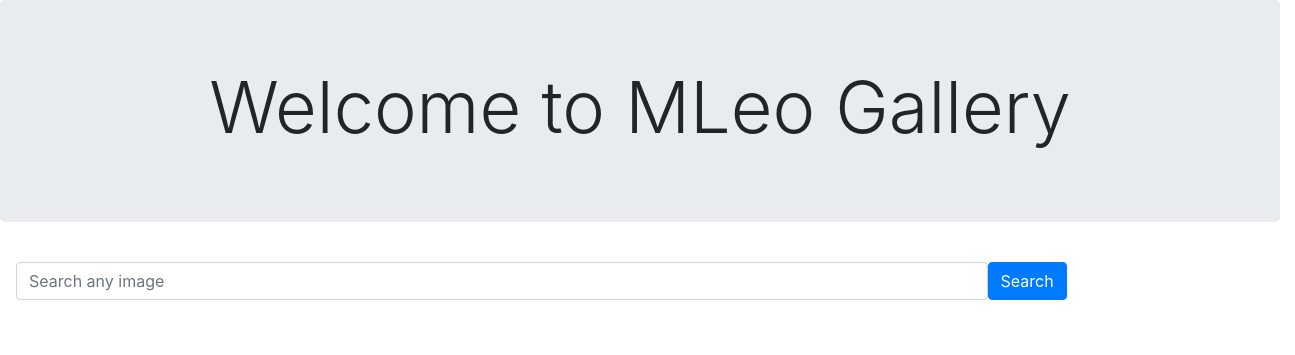
Repository: the-manohar/gallery
Page: /
An editor plug-in stored every save of this project. The page is shown before and after the next save, followed by the edit.
The browser window is 1280 px wide. The page is 1295 px wide, so the pictures cover 1295 px, including what lies to the right of the window. The pictures show the whole page.
The project was rebuilt for these pictures with package versions that can differ from the ones it lists, and the page was loaded fresh each time.

Above is the page before, as saved 2020-06-18 23:47:35.

### src/index.js
import React from "react";
import ReactDOM from "react-dom";
import "./index.css";
import "bootstrap/dist/css/bootstrap.css";
import App from "./App";
import * as serviceWorker from "./serviceWorker";

ReactDOM.render(
  <React.StrictMode>
    <App />
  </React.StrictMode>,
  document.getElementById("root")
);

// If you want your app to work offline and load faster, you can change
// unregister() to register() below. Note this comes with some pitfalls.
// Learn more about service workers: https://bit.ly/CRA-PWA
serviceWorker.unregister();

### src/App.js
import React, { useState } from "react";
import { Button, InputGroup, Input, Jumbotron, Spinner } from "reactstrap";

import "./App.css";

function App() {
  const [value, setValue] = useState("");
  const [result, setResult] = useState([]);
  const fetchImages = () => {
    fetch(
      `https://api.unsplash.com/search/photos/?client_id=V38aA4zOjg1Xb1lBpNRUAK8duXvqwhDHHJbssXB_Pps&query=${value}&orientation=squarish&per_page=18`
    )
      .then((res) => res.json())
      .then((data) => {
        setResult(data.results);
      });
  };
  return (
    <div className="row">
      <div className="App col-sm-5 col-md-12 col-xs-8">
        <Jumbotron>
          <h1 className="display-3">Welcome to MLeo Gallery</h1>
        </Jumbotron>
        <div className="d-flex col-sm-4 col-md-10 col-xs-4 p-2 mx-2">
          <InputGroup>
            <Input
              placeholder="Search any image"
              value={value}
              onChange={(event) => setValue(event.target.value)}
            />
          </InputGroup>
          <Button color="primary" onClick={() => fetchImages()}>
            Search
          </Button>
        </div>

        {
          result.length > 0 ? (
            <div className="col-sm-12">
              {result.map((item) => {
                return (
                  <img
                    className=" img-thumbnail"
                    key={item.id}
                    src={item.urls.small}
                    alt={item.urls.small}
                  />
                );
              })}
            </div>
          ) : null
          // <Spinner style={{ width: "3rem", height: "3rem" }} />
        }
      </div>
    </div>
  );
}

export default App;

//

### src/App.css
.App {
  text-align: center;
}
.mydiv {
  display: flex;
  justify-content: space-around;
  margin: 10px 7%;
  box-shadow: 1px 1px 5px grey;
  padding: 10px;
}
.gallery {
  display: flex;
  flex-wrap: wrap;
  justify-content: space-around;
}
.item {
  width: 30%;
  margin: 5px;
}

Loaded but not shown: public/index.html (common file); src/index.css (common file); src/serviceWorker.js (common file)

After the next save:
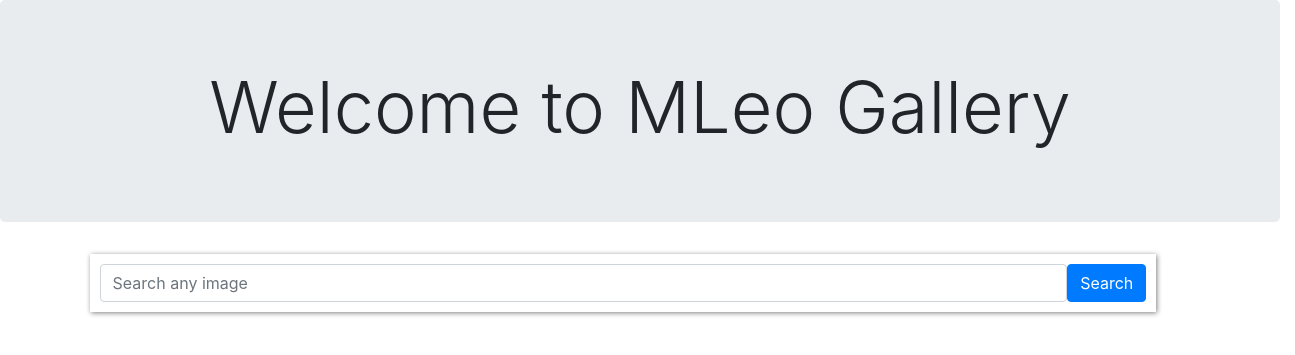
Saved 28 s later.
--- a/src/App.js
+++ b/src/App.js
@@ -21,7 +21,7 @@ function App() {
         <Jumbotron>
           <h1 className="display-3">Welcome to MLeo Gallery</h1>
         </Jumbotron>
-        <div className="d-flex col-sm-4 col-md-10 col-xs-4 p-2 mx-2">
+        <div className="mydiv col-sm-4 col-md-10 col-xs-4 ">
           <InputGroup>
             <Input
               placeholder="Search any image"
